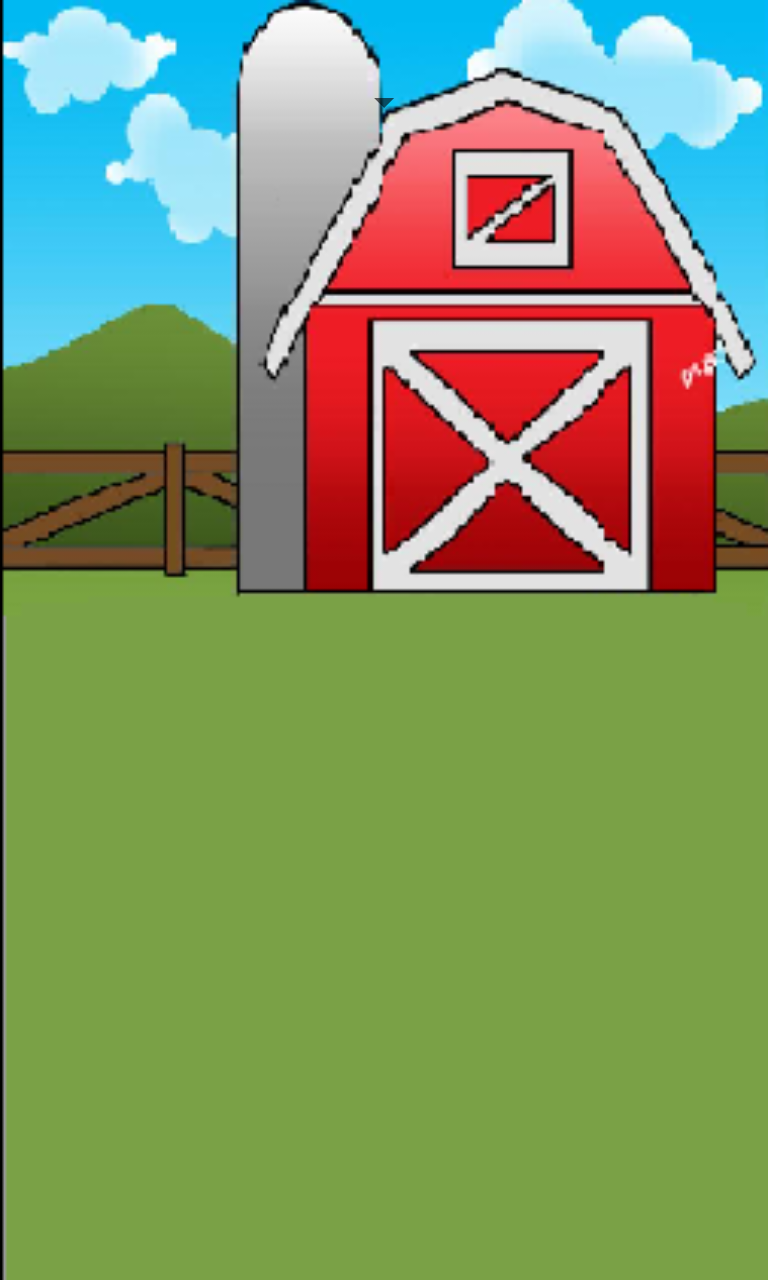
Repository: jdmielke/AnimalApp
Layout: AWEA/res/layout/activity_main.xml
These files come from the project's save history. The layout is drawn as it stood at one moment and after the next save; the edit follows.
It is drawn on a 768 x 1280 px phone screen (xhdpi) without system bars, with theme AppTheme; the app's code is not run.

Above is the layout before, as saved 2014-10-15 23:19:20.

After the next save:
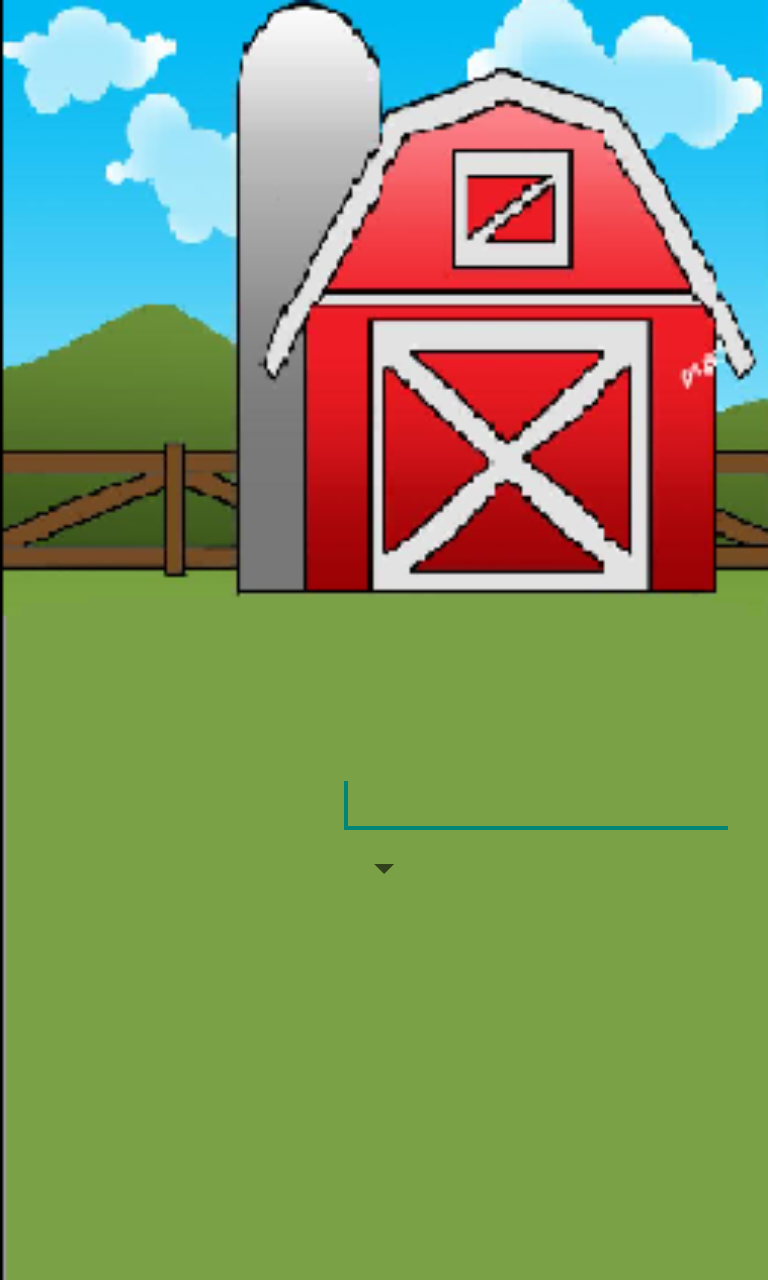
Saved 4 min 19 s later.
--- a/AWEA/res/layout/activity_main.xml
+++ b/AWEA/res/layout/activity_main.xml
@@ -13,8 +13,19 @@
         android:id="@+id/spinner1"
         android:layout_width="wrap_content"
         android:layout_height="wrap_content"
-        android:layout_alignParentTop="true"
+        android:layout_alignParentBottom="true"
         android:layout_centerHorizontal="true"
-        android:layout_marginTop="23dp" />
+        android:layout_marginBottom="178dp" />
+
+    <EditText
+        android:id="@+id/spinner_title"
+        android:layout_width="wrap_content"
+        android:layout_height="wrap_content"
+        android:layout_above="@+id/spinner1"
+        android:layout_alignLeft="@+id/spinner1"
+        android:ems="10" >
+
+        <requestFocus />
+    </EditText>
 
 </RelativeLayout>
